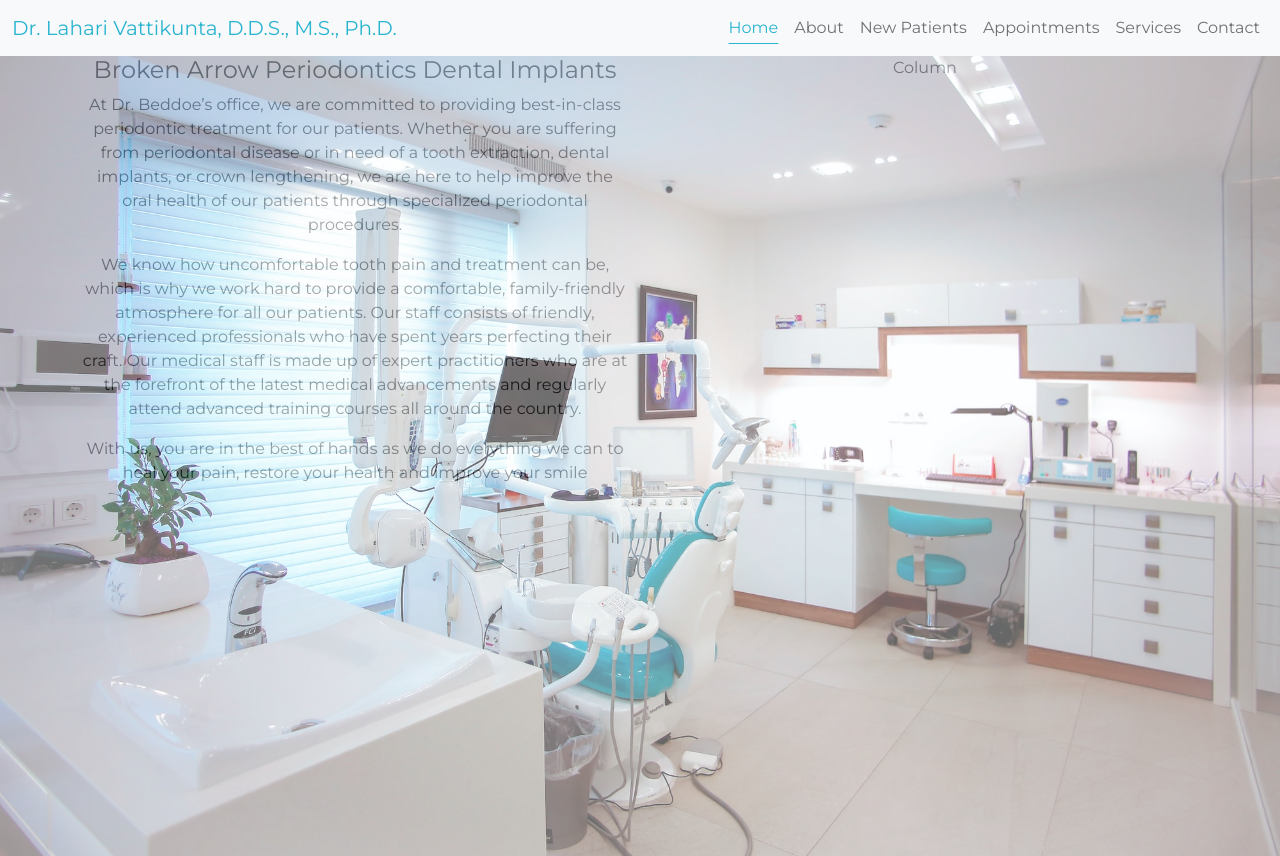
Repository: vineetha2438/baperio
Page: index.html
An editor plug-in stored every save of this project. The page is shown before and after the next save, followed by the edit.
The browser window is 1280 px wide. The pictures show the whole page.

Above is the page before, as saved 2022-11-13 18:23:10.

After the next save:
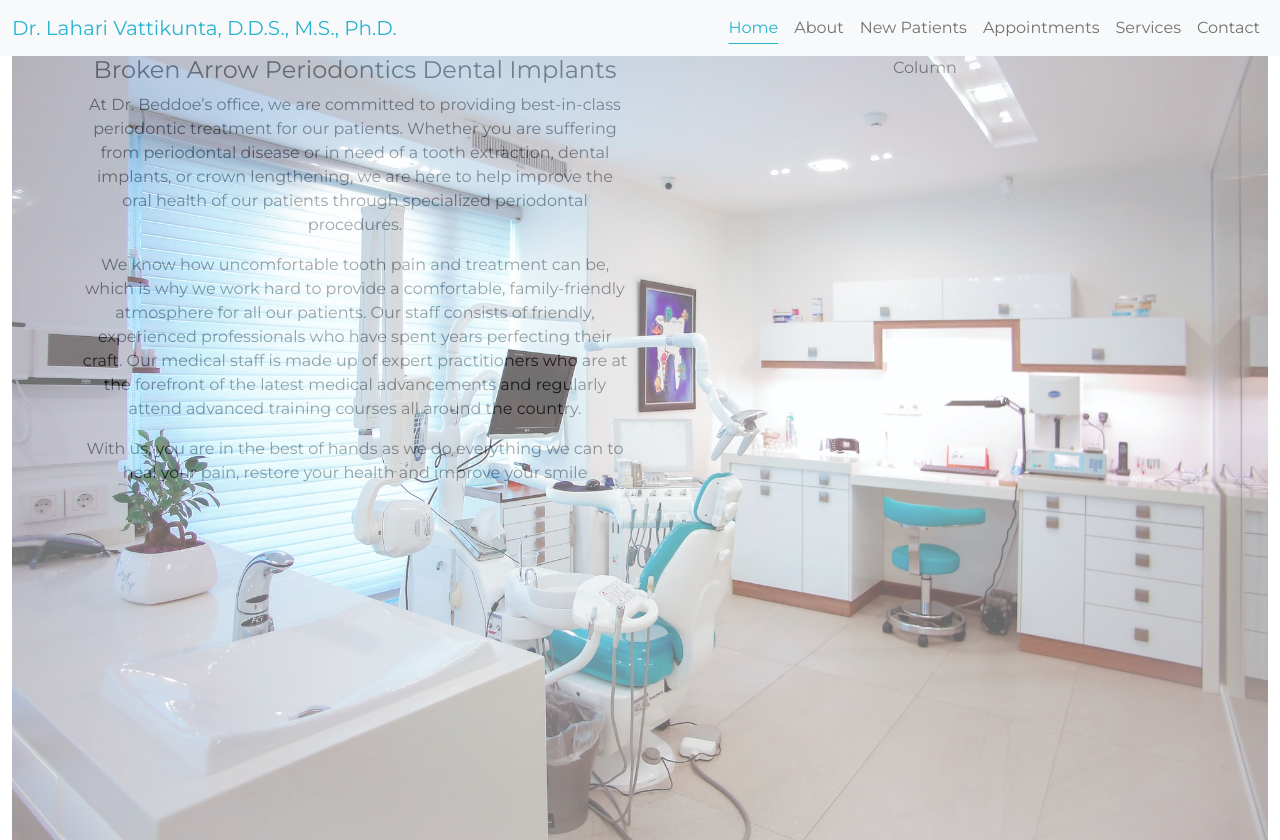
Saved 7 min 56 s later.
--- a/index.html
+++ b/index.html
@@ -50,8 +50,8 @@
     </div>
   </nav>
   <div class="container text-center">
-    <img class="clinic-bg" src="clinic_bg.jpeg" alt="">
     <div class="row">
+      <img class="clinic-bg" src="clinic_bg.jpeg" alt="">
       <div class="col">
         <h4>Broken Arrow Periodontics Dental Implants</h4>
         <p>At Dr. Beddoe’s office, we are committed to providing best-in-class periodontic treatment for our patients. Whether
